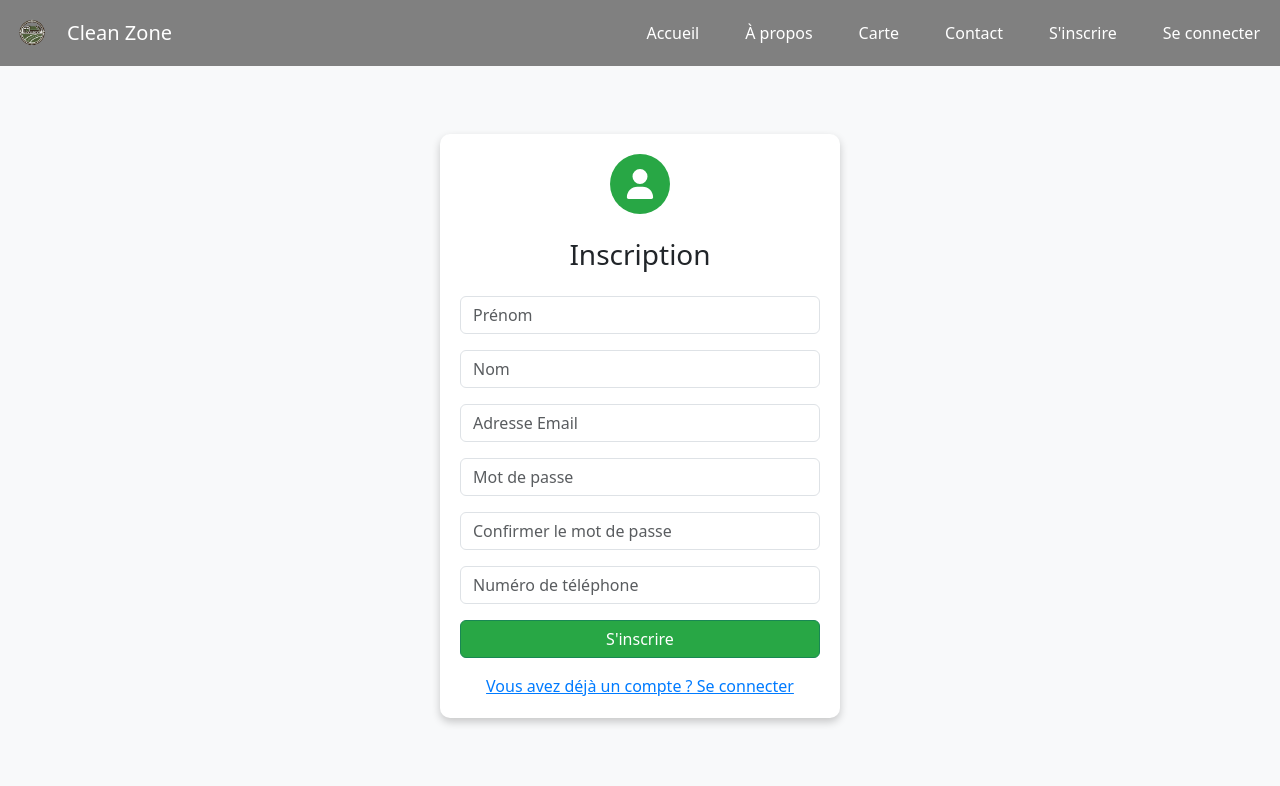
Repository: SystemInfoGeo/QGISproject
Page: /signup (app in NEXT/)
These files come from the project's save history. The page is drawn as it stood at one moment and after the next save; the edit follows.
The browser window is 1280 px wide. The pictures show the whole page.
The project was rebuilt for these pictures with package versions that can differ from the ones it lists, and the page was loaded fresh each time. The framework's server and built-in components were replaced by stand-ins that run in the browser. Also part of the build but not shown: NEXT/next.config.mjs.

Above is the page before, as saved 2024-09-16 18:03:07.

After the next save:
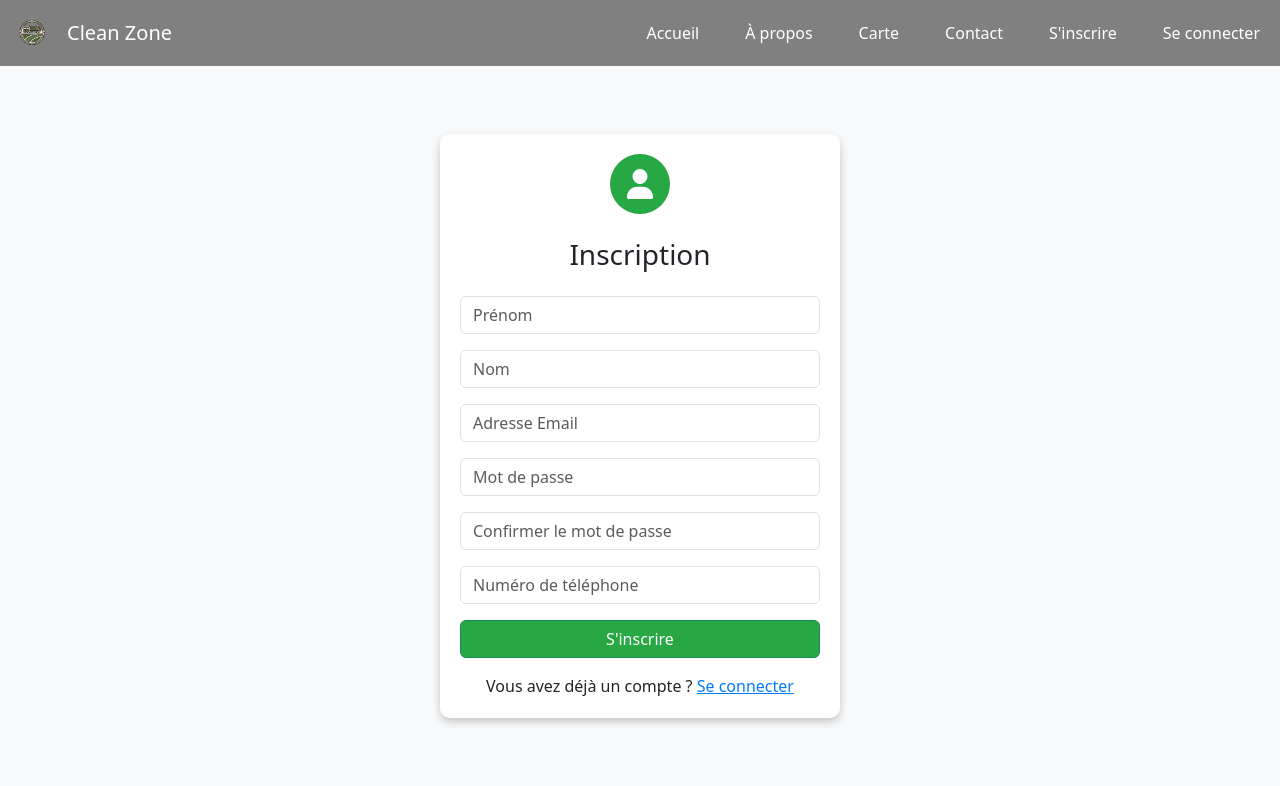
Saved 2 min 45 s later.
--- a/NEXT/pages/signup.js
+++ b/NEXT/pages/signup.js
@@ -158,7 +158,8 @@ const Signup = () => {
             {error && <p className="text-danger mt-3">{error}</p>}
           </form>
           <div className="text-center mt-3">
-            <a href="/login">Vous avez déjà un compte ? Se connecter</a>
+            <span>Vous avez déjà un compte ? </span>
+            <a href="/login" className="blue-link">Se connecter</a>
           </div>
         </div>
       </div>
